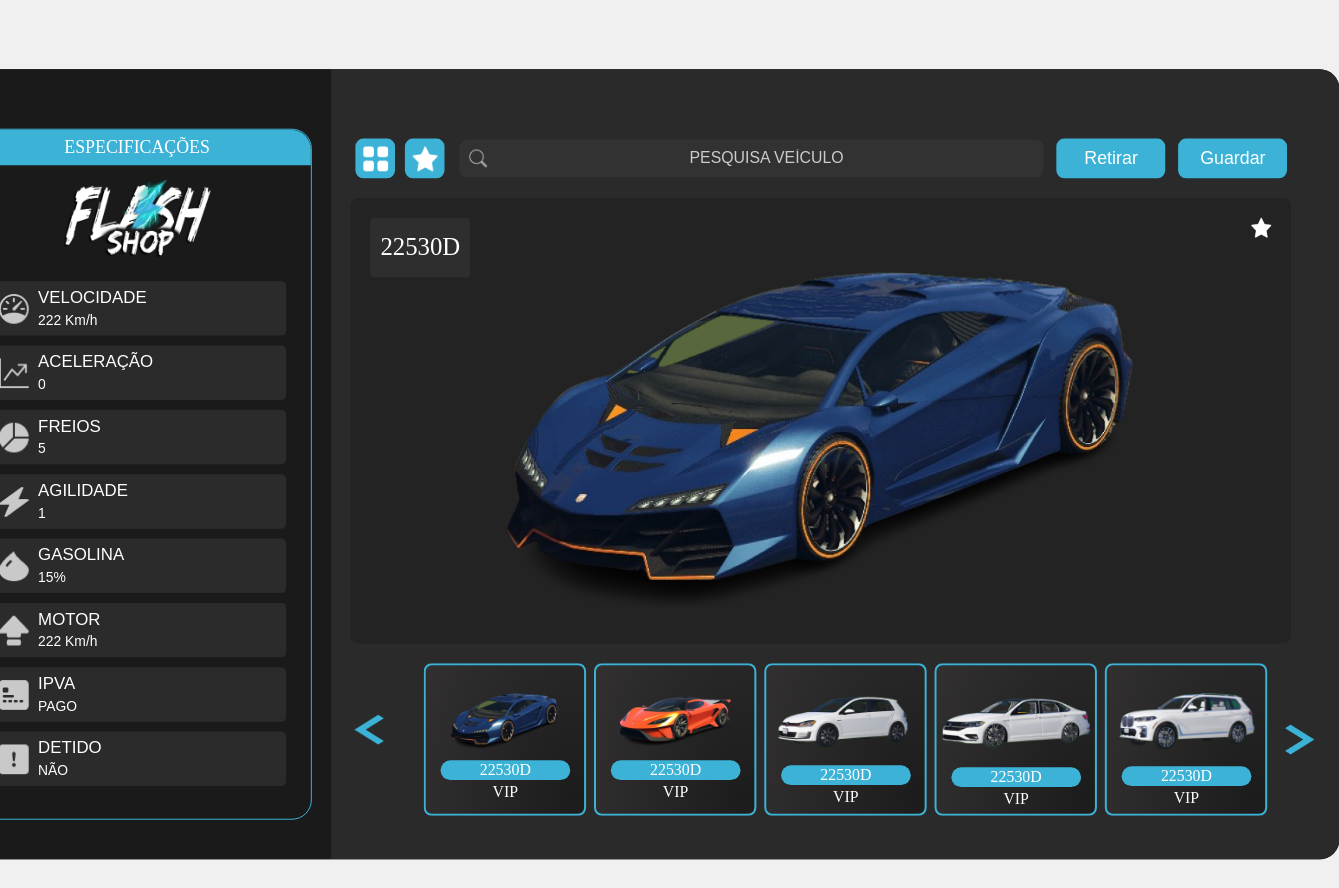
Repository: DuMCorrea/Garagem
Page: index.html
The author's editor kept a copy of each file at every save. The page is drawn from the files as they stood at one save, then again after the next save.
The browser window is 1280 px wide. The page is 1353 px wide, so the pictures cover 1353 px, including what lies to the right of the window. The pictures show the whole page, at 99% of full size.
Some web fonts or font styles are not loaded; a fallback is used.

Above is the page before, as saved 2024-08-22 19:54:42.

After the next save:
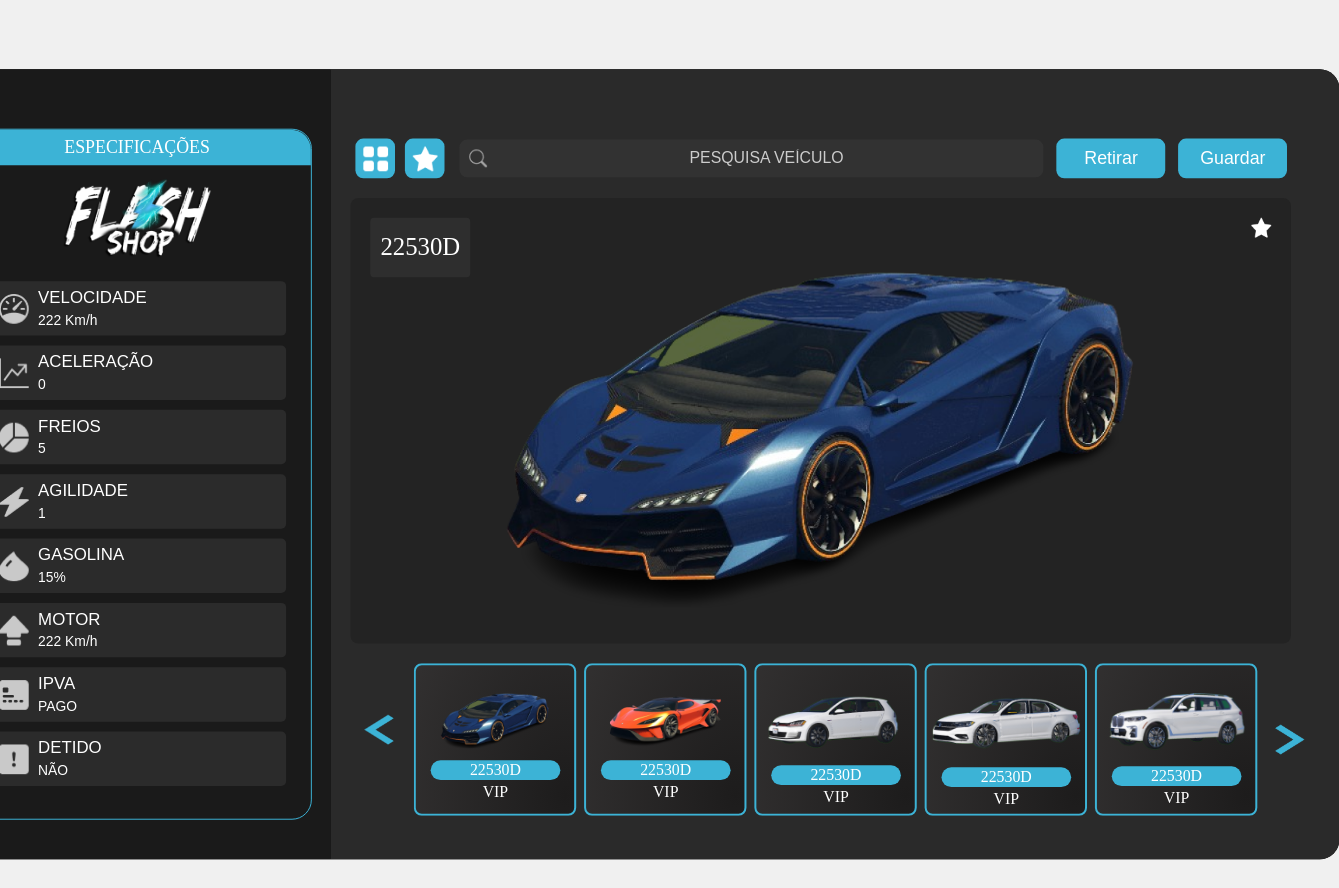
Saved 5 s later.
--- a/styles.css
+++ b/styles.css
@@ -329,7 +329,7 @@
     flex-wrap: nowrap; /* Não permite quebra de linha, todos os cards na mesma linha */
     gap: 8px; /* Espaçamento entre os cards */
     margin-top: 20px; /* Espaçamento acima dos cards */
-    margin-left: 30px; /* Espaçamento à esquerda da div para mover os cards mais para a direita */
+    margin-left: 10px; /* Espaçamento à esquerda da div para mover os cards mais para a direita */
     overflow-x: auto; /* Permite rolagem horizontal se os cards não cabem na tela */
 }
 
